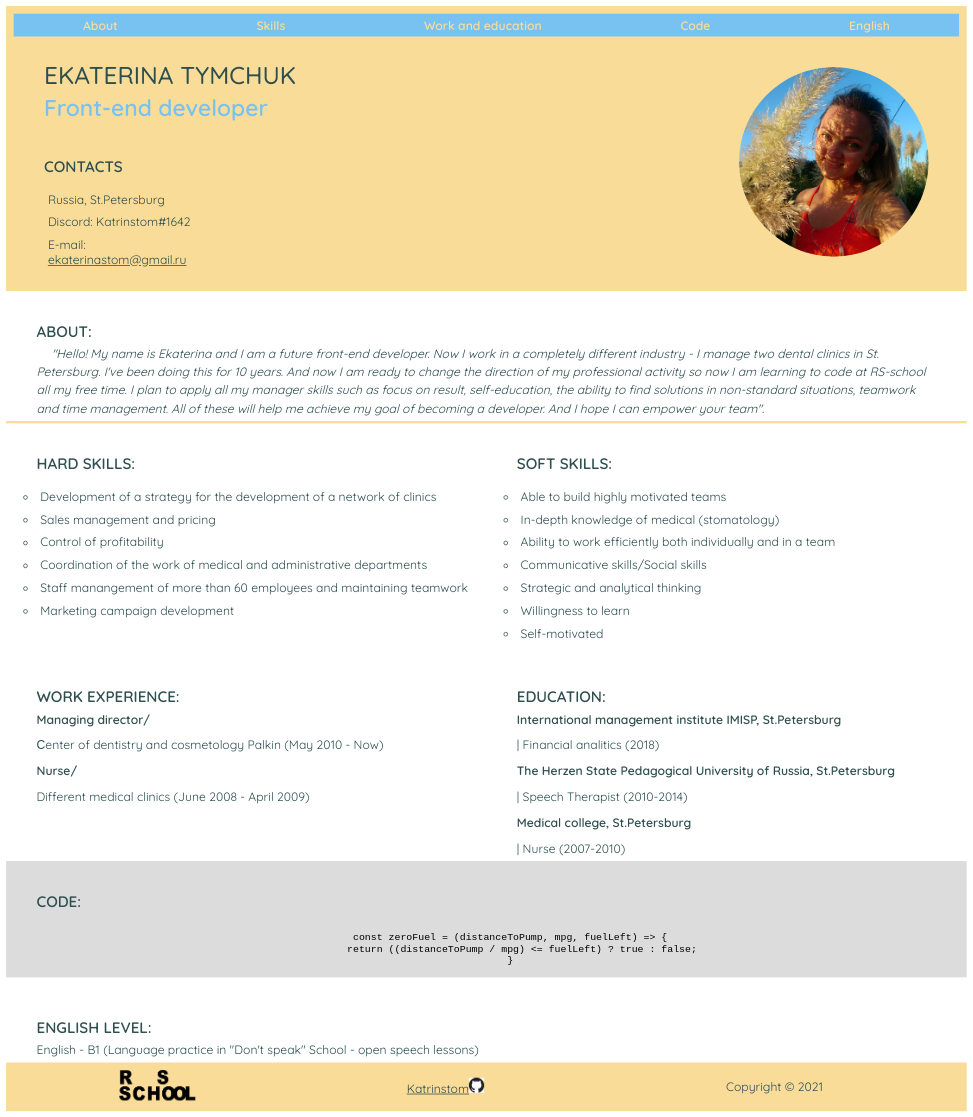
Repository: Katrinstom/rsschool-cv
Page: index.html
The author's editor kept a copy of each file at every save. The page is drawn from the files as they stood at one save, then again after the next save.
The browser window is 1280 px wide. The pictures show the whole page, at 76% of full size.

Above is the page before, as saved 2022-01-02 22:57:20.

### index.html
<!DOCTYPE html>
<html lang="en">
<head>
    <meta charset="UTF-8">
    <meta http-equiv="X-UA-Compatible" content="IE=edge">
    <meta name="viewport" content="width=device-width, initial-scale=1.0">
    <title>CV</title>
    <link type="text/css" rel="stylesheet" href="style.css"/>
    <link rel="preconnect" href="https://fonts.googleapis.com">
<link rel="preconnect" href="https://fonts.gstatic.com" crossorigin>
<link href="https://fonts.googleapis.com/css2?family=Quicksand:wght@400;500;600&display=swap" rel="stylesheet">
</head>
<body>
    <header class="bigblock section">
            <nav class="nav">
                <ul class="navlist">
                    <li class="nav-item"><a href="#about">About</a></li>
                    <li class="nav-item"><a href="#skills">Skills</a></li>
                    <li class="nav-item"><a href="#workandeducation">Work and education</a></li>
                    <li class="nav-item"><a href="#code">Code</a></li>
                    <li class="nav-item"><a href="#english">English</a></li>
                </ul>
            </nav>
                <img class="pic" src="images/1909_oooo.plus.png" alt="itsme" width="250" height="250">
                <h1>Ekaterina Tymchuk</h1>
                <h2>Front-end developer</h2>
                <h4>Contacts</h4>
                <ul class="nonumber">
                    <li>Russia, St.Petersburg</li>
                    <li>Discord: Katrinstom#1642</li>
                    <li>E-mail:<a href="mailto:ekaterinastom@gmail.com"> ekaterinastom@gmail.ru</a></li>
                </ul>
        </header>
    <main class="section">
        <article>
            <div class="about" id="about">
                <h4>About:</h4>
                <p>"Hello! My name is Ekaterina and I am a future front-end developer. Now I work in a completely different industry - I manage two dental clinics in St. Petersburg. I've been doing this for 10 years. And now I am ready to change the direction of my professional activity so now I am learning to code at RS-school all my free time. I plan to apply all my manager skills such as focus on result, self-education, the ability to find solutions in non-standard situations, teamwork and time management. All of these will help me achieve my goal of becoming a developer. And I hope I can empower your team".</p>
            </div>
        </article>
        <section class="conteiner">
            <div class="skills" id="skills">
                <h4>Hard skills:</h4>
                <ul>
                    <li>Development of a strategy for the development of a network of clinics</li>
                    <li>Sales management and pricing</li>
                    <li>Control of profitability</li>
                    <li>Coordination of the work of medical and administrative departments</li>
                    <li>Staff manangement of more than 60 employees and maintaining teamwork</li>
                    <li>Marketing campaign development</li>
                </ul>
            </div>
            <div class="skills" id="skills">
                <h4>Soft skills:</h4>
                <ul>
                    <li>Able to build highly motivated teams</li>
                    <li>In-depth knowledge of medical (stomatology)</li>
                    <li>Ability to work efficiently both individually and in a team</li>
                    <li>Communicative skills/Social skills</li>
                    <li>Strategic and analytical thinking</li>
                    <li>Willingness to learn</li>
                    <li>Self-motivated</li>
                </ul>
            </div>
        </section>
        <section class="conteiner">
            <div style="clear:both"></div>
            <div class="workandeducation" id="workandeducation">
                <h4>Work experience:</h4>
                <b>Managing director/</b>
                <p>Сenter of dentistry and cosmetology Palkin (May 2010 - Now)</p>
                <b>Nurse/</b>
                <p>Different medical clinics (June 2008 - April 2009)</p>
            </div>
            <div class="workandeducation" id="workandeducation">
                <h4>Education:</h4>
                <b>International management institute IMISP, St.Petersburg</b>
                <p>| Financial analitics (2018)</p>
                <b>The Herzen State Pedagogical University of Russia, St.Petersburg</b>
                <p>| Speech Therapist (2010-2014)</p>
                <b>Medical college, St.Petersburg</b>
                <p>| Nurse (2007-2010)</p>
            </div>
        </section>
        <section>
            <div class="code" id="code">
                <h4>Code:</h4>
                <pre><code>
        const zeroFuel = (distanceToPump, mpg, fuelLeft) => {
            return ((distanceToPump / mpg) <= fuelLeft) ? true : false;
        }
                </code></pre>
            </div>
            <div class="english" id="english">
            <h4>English level:</h4>
            <p>English - B1 (Language practice in "Don't speak" School - open speech lessons)</p>
            </div>
        </section>
    </main>
        <footer class="footer section">
            <div class="flexcont">
                <a href="https://rs.school/js/"><img src="images/logo-rsschool3.png" alt="logo-rsschool3" width="100" height="40"></a>
                <a href="https://github.com/Katrinstom">Katrinstom<img src="images/gitpic.png" alt="gitlogo" width="20" height="20"></a>
                <p>Copyright © 2021</p>
             </div>
        </footer>
</body>
</html>

### style.css
html {
    scroll-behavior: smooth;
}
.section {
    max-width: 1280px;
    margin: 0 auto;
    flex-direction: column;
}
main {
    display: flex;
}
.bigblock {
    height: auto;
    background-color: #f9dc98;
    padding: 10px;
}
.nav {
    background-color: #78c2f2;
}
.navlist {
    display: flex;
    justify-content: space-around;
    align-items: center;
    padding: 0;
    margin: 0;
}
.nav-item {
    list-style: none;
}
.nav-item a {
    text-decoration: none;
    color: #f9dc98;
    font-weight: 600;
}
.nav-item a:hover {
    background-color:darkslategray;
    transition: 0.5s;
}
body {
    font-family: 'Quicksand', sans-serif;
}
h1 {
  padding: 30px 40px 5px;
  text-align: left;
  font-family:'Quicksand', sans-serif;
  font-weight: 500;
  font-size: 32px;
  text-transform: uppercase;
  color:darkslategray;
  margin: 0;
}
h2 {
    padding: 0px 40px 5px;
    text-align: left;
    font-family:'Quicksand', sans-serif;
    font-size: 30px;
    color:#78c2f2;
    margin: 0;
}
h3 {
    padding: 0px 40px 5px;
    text-align: left;
    font-family:'Quicksand', sans-serif;
    font-size: 25px;
    color:darkgrey;
    margin: 0;
}
h4 {
    font-family:'Quicksand', sans-serif;
    font-size: 20px;
    text-transform: uppercase;
    padding: 40px 40px 0px;
    text-align: left;
    color: darkslategray;
    margin: 0;
}
ul {
    list-style-type:circle;
    padding: auto;
}
.nonumber {
    list-style-type:none;
}
li {
    text-align: left;
    color: darkslategray;
    font-family: 'Quicksand', sans-serif;
    margin: 0;
    padding: 5px 5px 5px;
}
.about {
    border-bottom: solid 3px #f9dc98;
}
.about p {
    text-align: left;
    color: darkslategray;
    font-family: 'Quicksand', sans-serif;
    font-style: italic;
    margin: 0;
    height: auto;
    width: auto;
    padding: 5px 40px 5px;
    line-height: 1.5;
    text-indent: 20px;
}
.english {
    text-align: left;
    color: darkslategray;
    margin: 0;
    height: auto;
    width: auto;
    padding: 0;
}
.conteiner {
    display: flex;
    flex-direction: row;
    justify-content: space-around;
}
.skills {
    text-align: left;
    color: darkslategray;
    font-family: 'Quicksand', sans-serif;
    margin: 0;
    height: auto;
    width: 50%;
    padding: 0;
}
.workandeducation {
    text-align: left;
    color: darkslategray;
    font-family: 'Quicksand', sans-serif;
    margin: 0;
    height: auto;
    width: 50%;
    padding: 0;
}
.pic {
    border-radius: 50%;
    float: right;
    padding: 40px;
}
p, b {
    display: block;
    text-align: left;
    color: darkslategray;
    font-family: 'Quicksand', sans-serif;
    margin: 0;
    height: auto;
    width: auto;
    padding: 5px 40px 5px;
    line-height: 1.5;
}
.code {
    text-align: center;
    background-color: gainsboro;
    display: block;
    font-size: medium;
}
.flexcont {
    display: flex;
    flex-direction: row;
    justify-content: space-around;
    align-items: center;
}
a {
    display: block;
}
li a {
    color: darkslategray;
}
footer a {
    color: darkslategray;
}
.footer {
    height: auto;
    background-color: #f9dc98;
    padding: 10px;
}

After the next save:
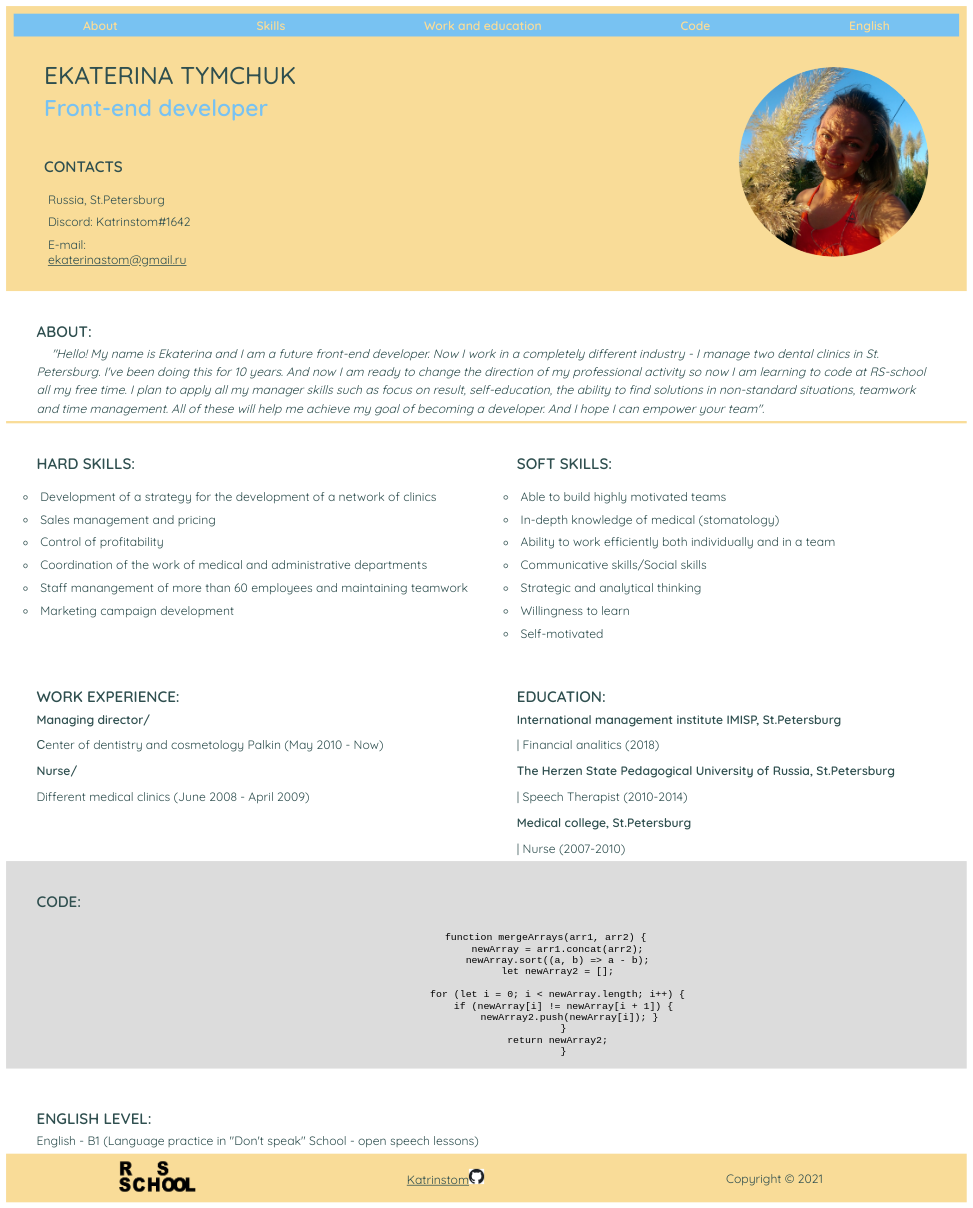
Saved 108 s later.
--- a/index.html
+++ b/index.html
@@ -86,9 +86,17 @@
             <div class="code" id="code">
                 <h4>Code:</h4>
                 <pre><code>
-        const zeroFuel = (distanceToPump, mpg, fuelLeft) => {
-            return ((distanceToPump / mpg) <= fuelLeft) ? true : false;
-        }
+                    function mergeArrays(arr1, arr2) {
+                        newArray = arr1.concat(arr2);
+                        newArray.sort((a, b) => a - b);
+                        let newArray2 = [];
+
+                        for (let i = 0; i < newArray.length; i++) {
+                          if (newArray[i] != newArray[i + 1]) {
+                            newArray2.push(newArray[i]); }
+                          }
+                        return newArray2;
+                          }
                 </code></pre>
             </div>
             <div class="english" id="english">

After the save that followed:
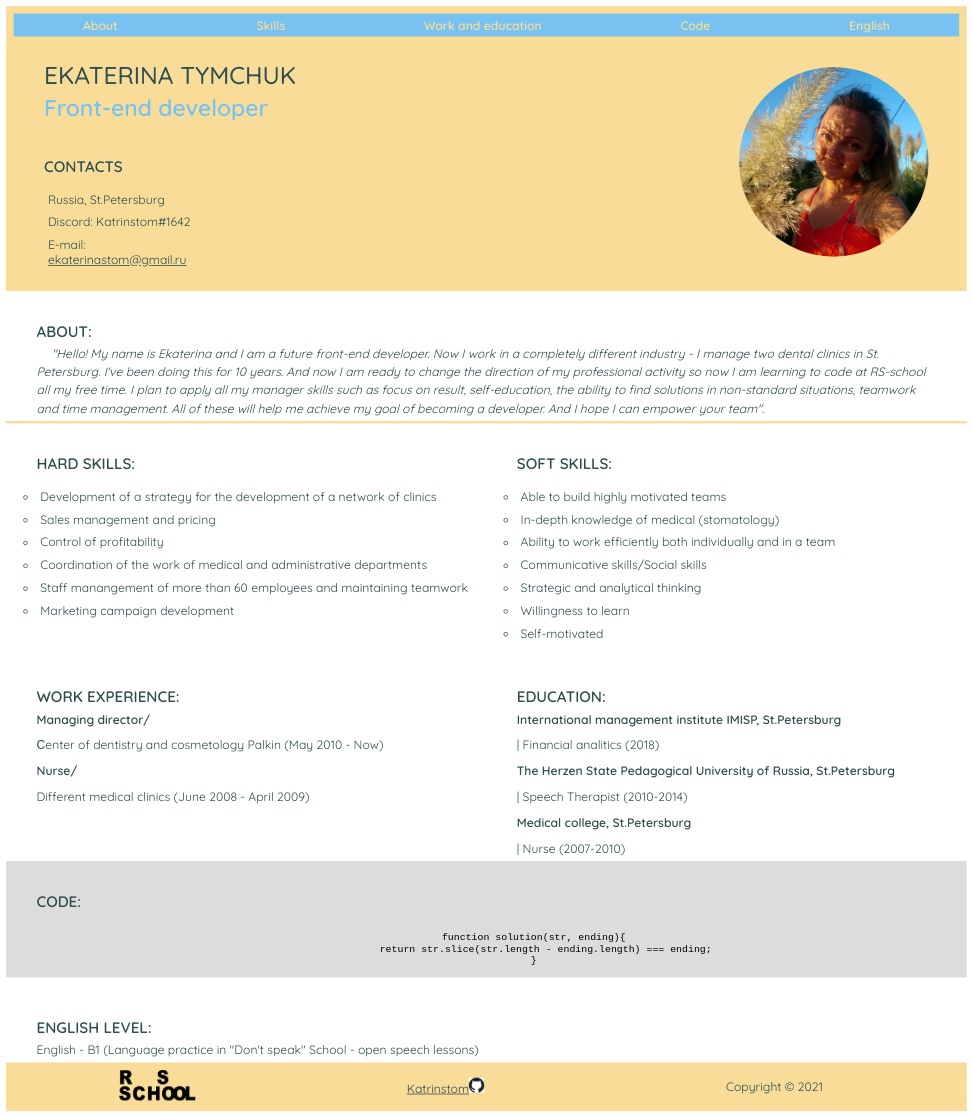
Saved 38 s later.
--- a/index.html
+++ b/index.html
@@ -86,17 +86,9 @@
             <div class="code" id="code">
                 <h4>Code:</h4>
                 <pre><code>
-                    function mergeArrays(arr1, arr2) {
-                        newArray = arr1.concat(arr2);
-                        newArray.sort((a, b) => a - b);
-                        let newArray2 = [];
-
-                        for (let i = 0; i < newArray.length; i++) {
-                          if (newArray[i] != newArray[i + 1]) {
-                            newArray2.push(newArray[i]); }
-                          }
-                        return newArray2;
-                          }
+                function solution(str, ending){
+                    return str.slice(str.length - ending.length) === ending;
+                }
                 </code></pre>
             </div>
             <div class="english" id="english">
